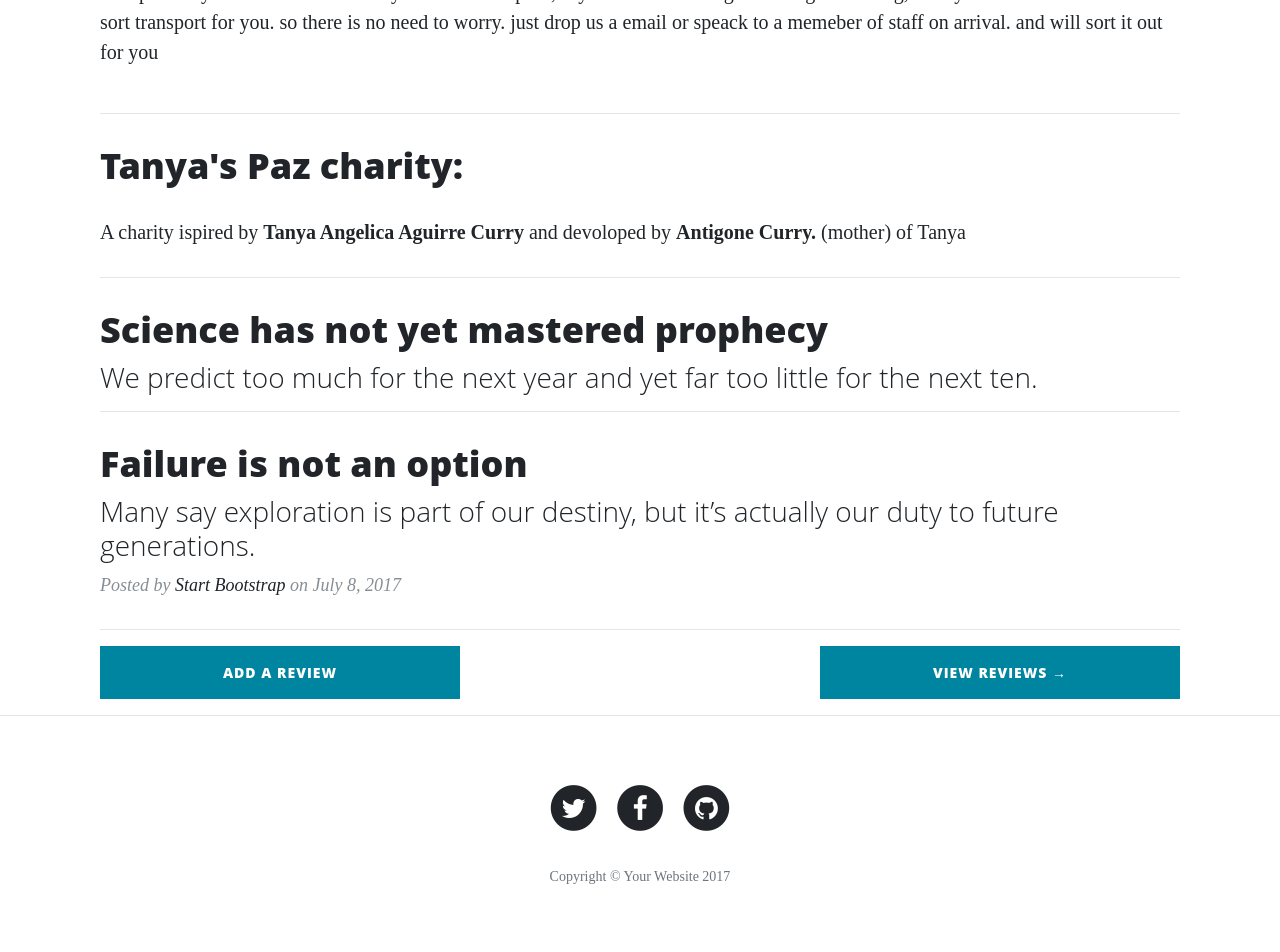
Repository: cachimiro/los-pochoclos
Page: http://localhost/
The author's editor kept a record of every edit. The page is drawn from the files as they stood at one moment, then again after the next edit.
The browser window is 1280 px wide. The pictures show the part of the page from y = 879 to 1831 px (the page is 1831 px tall before and 1780 px after).
The page is served by the project's application, run on Flask 3 (run.py).

Above is the page before.

After the next edit:
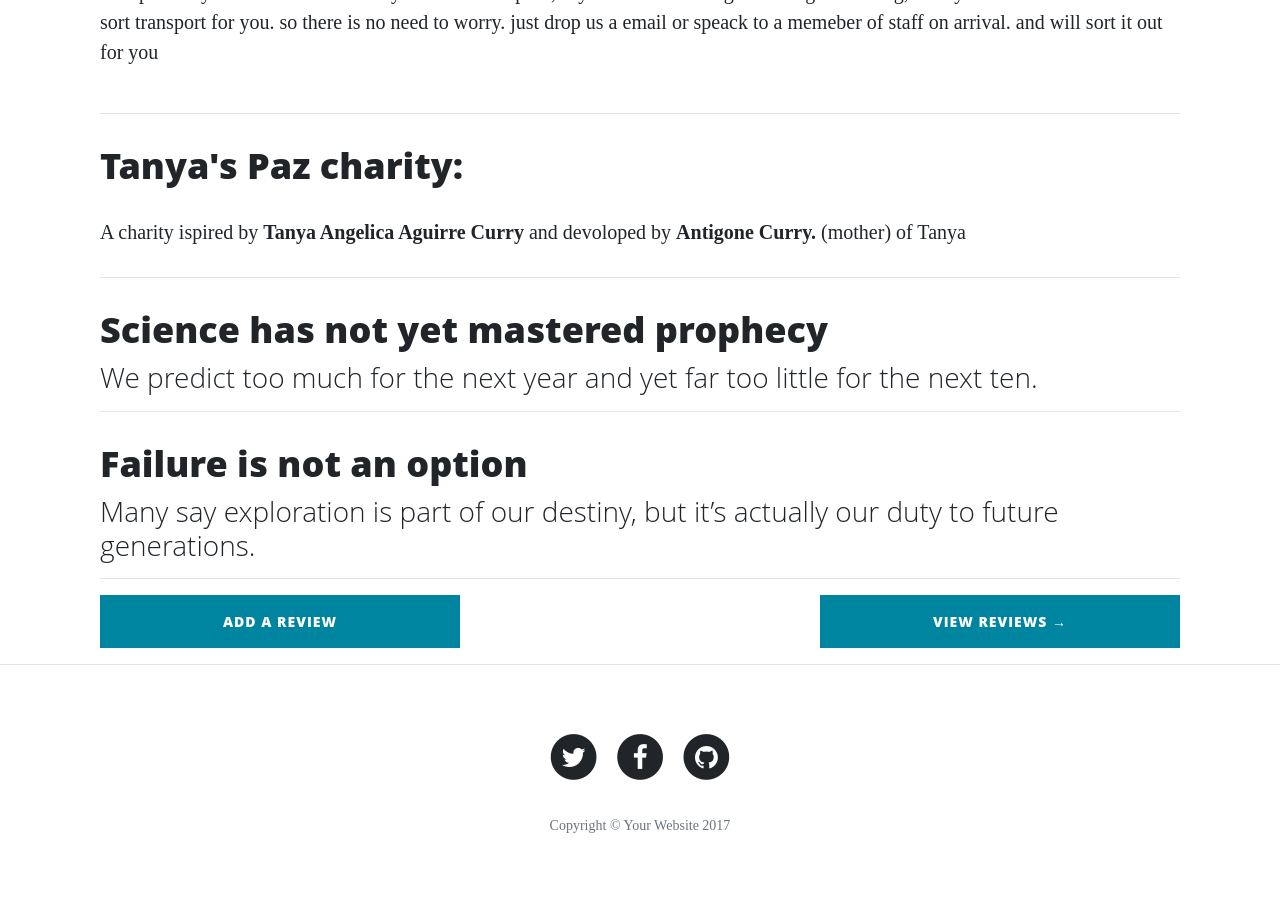
The edit:
--- a/templates/index.html
+++ b/templates/index.html
@@ -44,8 +44,7 @@
                     Many say exploration is part of our destiny, but it’s actually our duty to future generations.
                 </h3>
             </a>
-            <p class="post-meta">Posted by
-                <a href="#">Start Bootstrap</a> on July 8, 2017</p>
+
         </div>
         <hr>
         <!-- Pager -->
